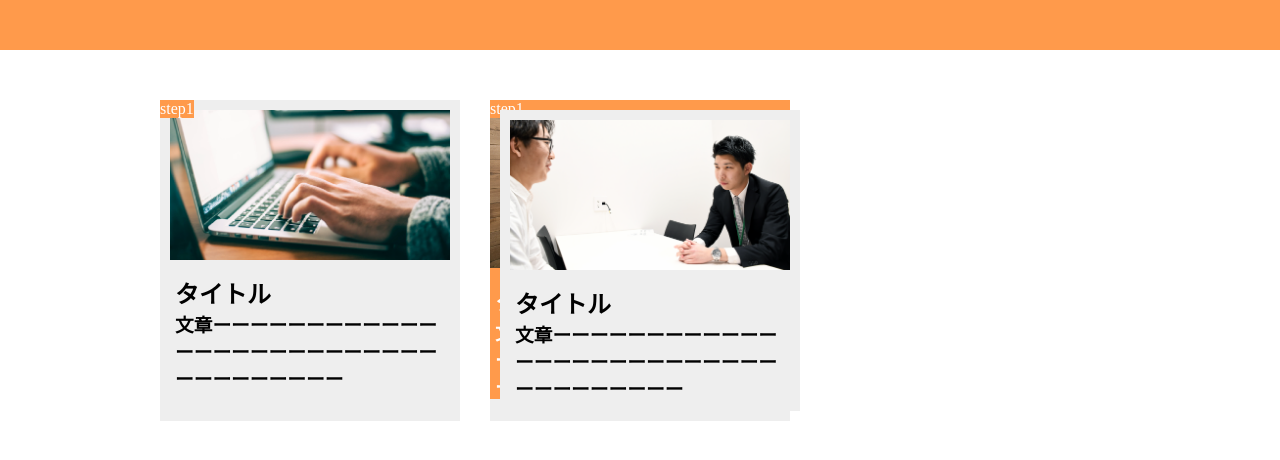
Repository: yuu3176/theme1
Page: 1-9-2/1-9-2.html
The author's editor kept a record of every edit. The page is drawn from the files as they stood at one moment, then again after the next edit.
The browser window is 1280 px wide. The pictures show the whole page.

Above is the page before.

After the next edit:
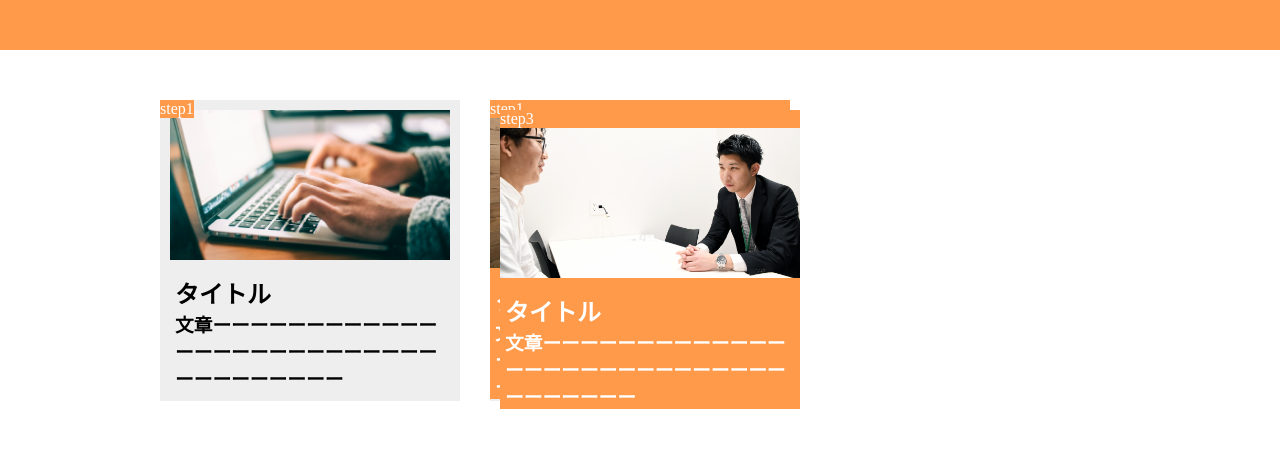
The edit:
--- a/1-9-2/1-9-2.html
+++ b/1-9-2/1-9-2.html
@@ -29,7 +29,8 @@
         </section>
       </div>
       <div class="box">
-
+        <div class="box-step">
+          <p>step3</p>
         <div class="box-image3"></div>
         <section class="box-text">
           <h2>タイトル</h2>
